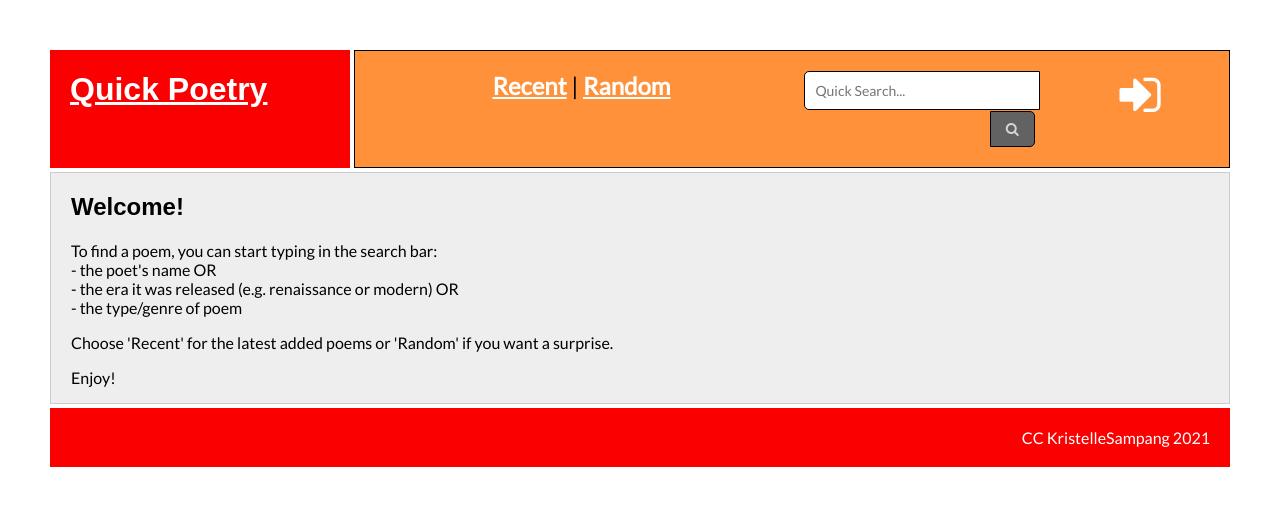
Repository: sampangk71280/Poetry_DB
Page: http://localhost/index.php?page=home
The author's editor kept a copy of each file at every save. The page is drawn from the files as they stood at one save, then again after the next save.
The browser window is 1280 px wide. The pictures show the whole page.
Some web fonts or font styles are not loaded; a fallback is used. The page is run by PHP 8.4 with error messages shown; the project is at /var/www/html/.

Above is the page before, as saved 2021-12-07 12:59:20.

After the next save:
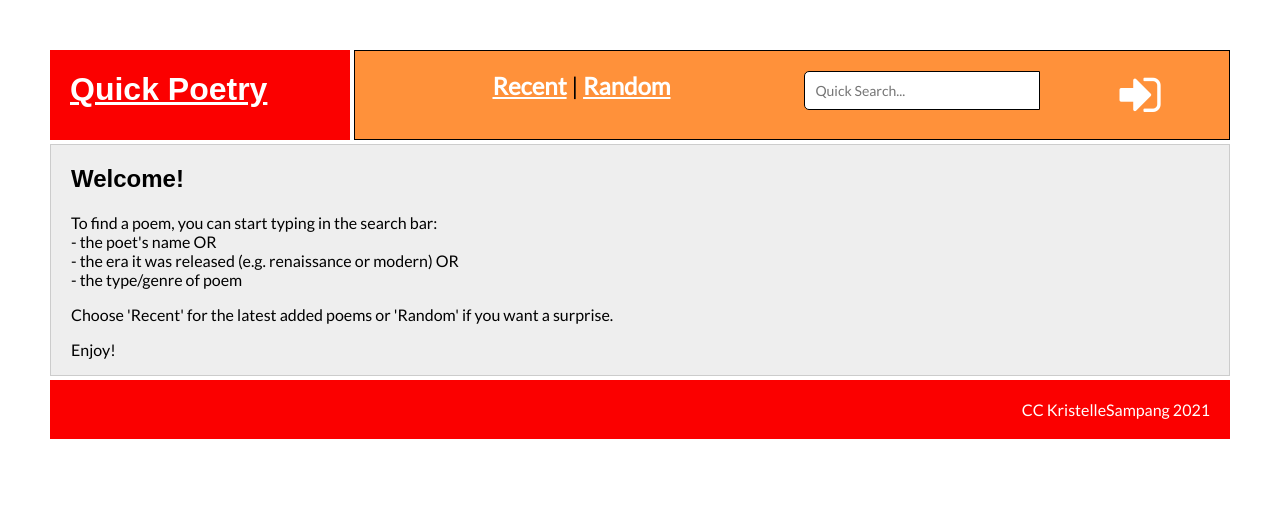
Saved 23 s later.
--- a/content/heading_navigation.php
+++ b/content/heading_navigation.php
@@ -23,7 +23,7 @@
                         <input class="search quicksearch" type="text"
                         name="quick_search" size="40" value="" required placeholder="Quick Search..." />
 
-                        <input class="submit" type="submit" name="find_quick" value="&#xf002;" />
+                        <!-- <input class="submit" type="submit" name="find_quick" value="&#xf002;" /> -->
 
                     </form>     <!-- / quick search -->
 

After the save that followed:
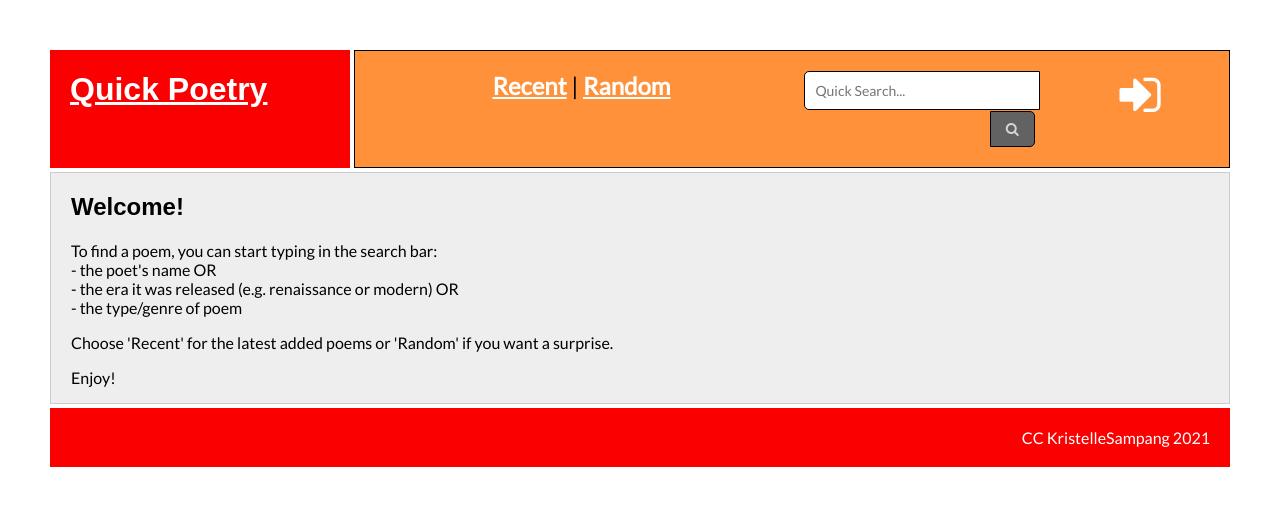
Saved 74 s later.
--- a/content/heading_navigation.php
+++ b/content/heading_navigation.php
@@ -23,7 +23,7 @@
                         <input class="search quicksearch" type="text"
                         name="quick_search" size="40" value="" required placeholder="Quick Search..." />
 
-                        <!-- <input class="submit" type="submit" name="find_quick" value="&#xf002;" /> -->
+                        <input class="submit" type="submit" name="find_quick" value="&#xf002;" />
 
                     </form>     <!-- / quick search -->
 
